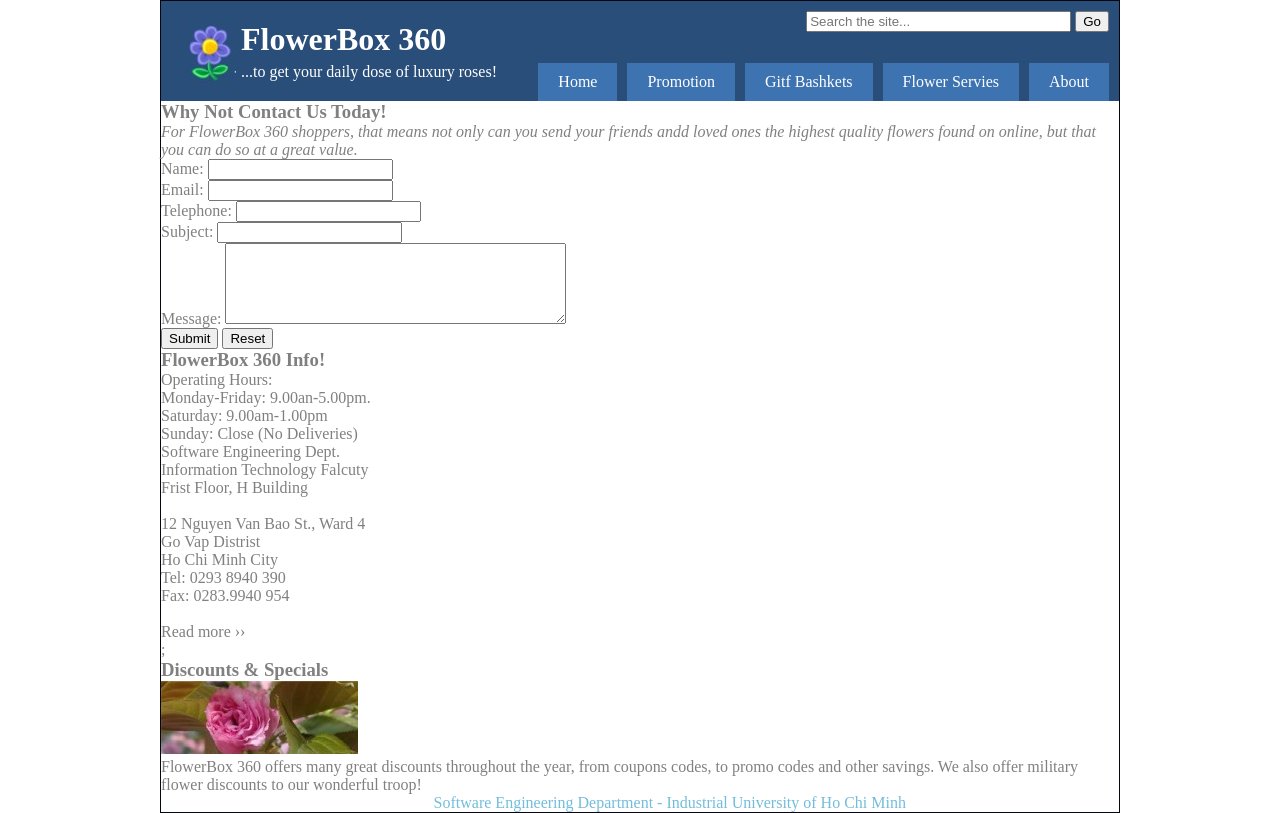
Repository: duongtheng/bai-tap-tuan-6
Page: html/index.html
The author's editor kept a copy of each file at every save. The page is drawn from the files as they stood at one save, then again after the next save.
The browser window is 1280 px wide. The pictures show the whole page.

Above is the page before, as saved 2022-03-23 14:01:38.

After the next save:
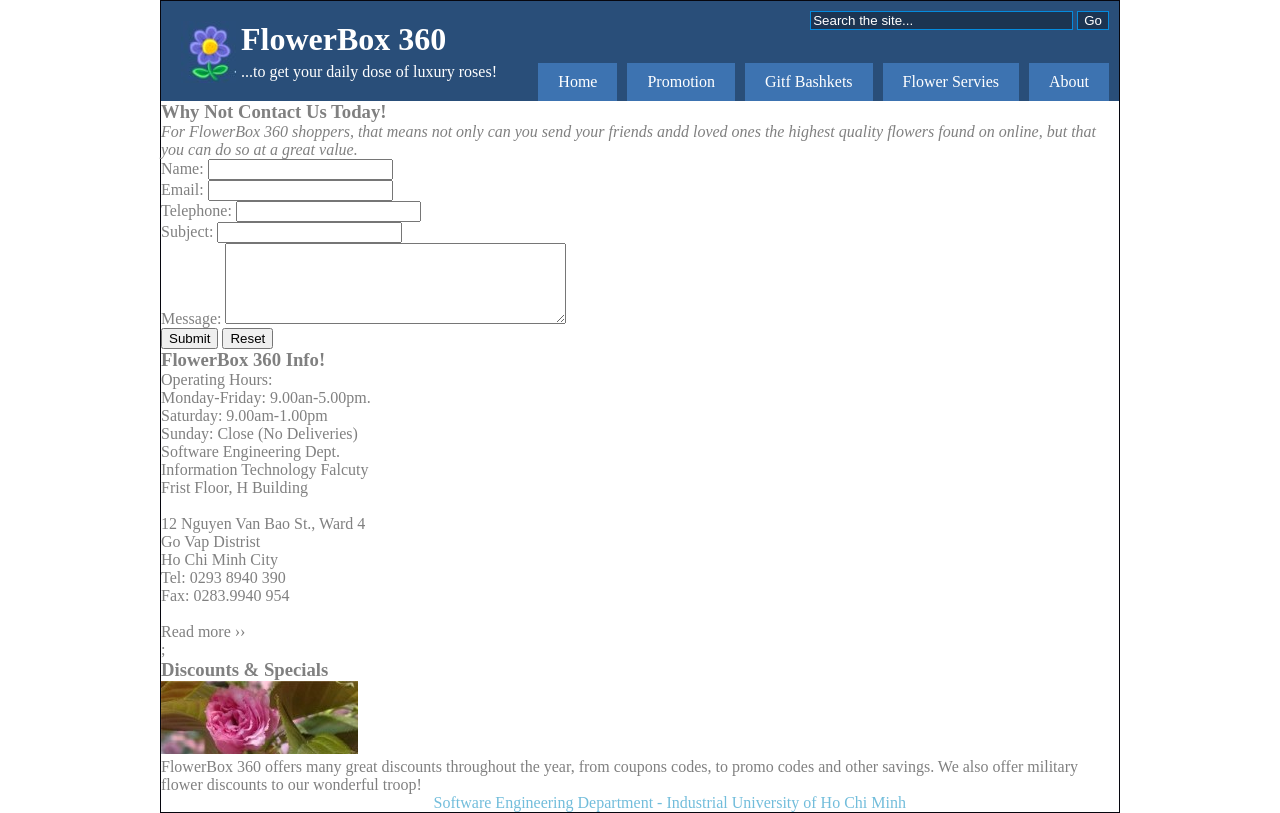
Saved 2 min 44 s later.
--- a/css/style.css
+++ b/css/style.css
@@ -64,3 +64,20 @@ header form{
 .menu-child{
     display: none;
 }
+
+.menu-parent li:hover .menu-child{
+    display: block;
+    position: absolute;
+    margin-left: -40px;
+}
+
+header input,
+header button{
+    background-color: #1c3451;
+    border: 1px solid #058bde;
+}
+
+header input::-webkit-input-placeholder,
+header button{
+    color: white;
+}
